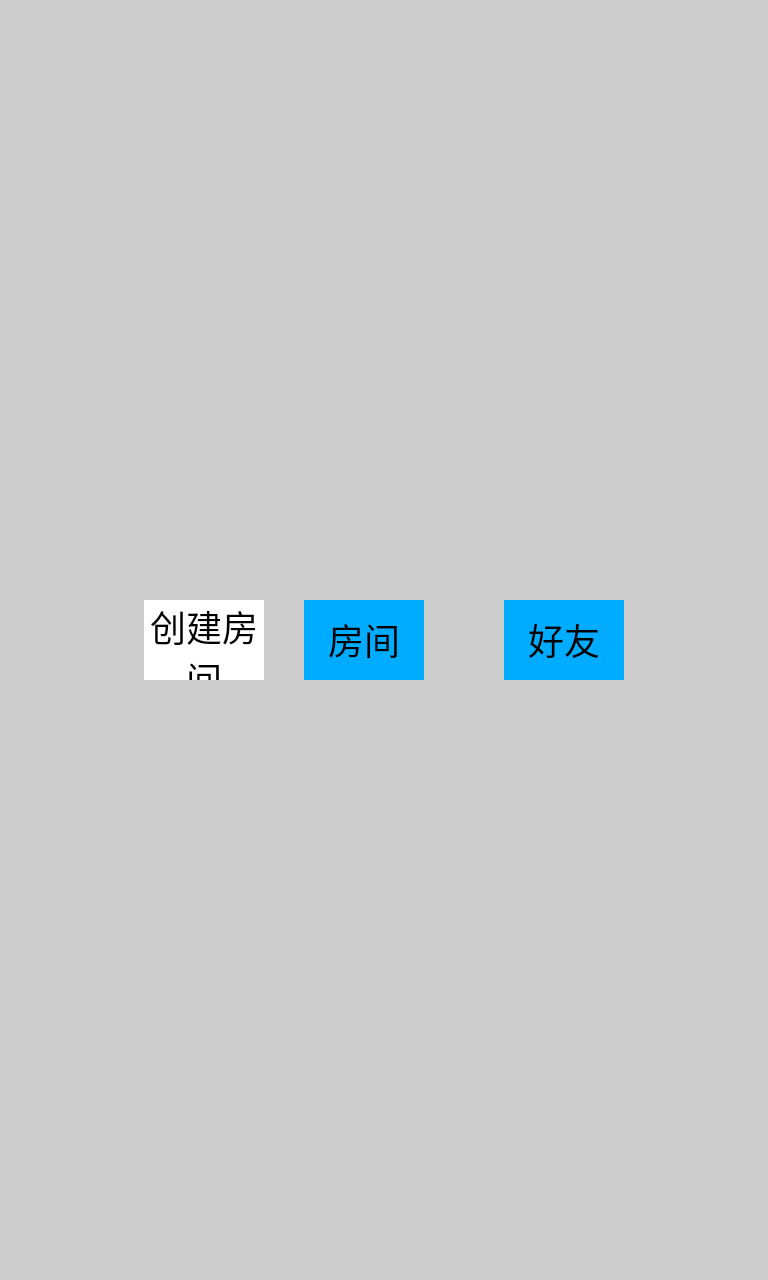
Repository: fanloveoupao/WecharTest
Layout: TestWechar/res/layout/addfriedsorroom.xml
The author's editor kept a copy of each file at every save. The layout is drawn from the files as they stood at one save, then again after the next save.
It is drawn on a 768 x 1280 px phone screen (xhdpi) without system bars, with theme AppTheme; the app's code is not run.

Above is the layout before, as saved 2015-10-08 01:08:52.

### TestWechar/res/layout/addfriedsorroom.xml
<?xml version="1.0" encoding="utf-8"?>
<LinearLayout xmlns:android="http://schemas.android.com/apk/res/android"
    android:layout_width="match_parent"
    android:layout_height="match_parent"
    android:layout_gravity="center"
    android:background="#CCCCCC"
    android:orientation="vertical" >

    <LinearLayout
        android:layout_width="fill_parent"
        android:layout_height="match_parent"
        android:gravity="center"
        android:orientation="horizontal" >

        <Button
            android:id="@+id/create_room"
            android:layout_width="60dp"
            android:layout_height="40dp"
            android:layout_marginRight="20dp"
            android:background="@drawable/button_register_bg"
            android:text="创建房间" />

        <Button
            android:id="@+id/join_room"
            android:layout_width="60dp"
            android:layout_height="40dp"
            android:layout_marginRight="20dp"
            android:background="@drawable/button_login_bg"
            android:text="房间" />

        <Button
            android:id="@+id/add_friends"
            android:layout_width="60dp"
            android:layout_height="40dp"
            android:layout_marginLeft="20dp"
            android:background="@drawable/button_login_bg"
            android:text="好友" />
    </LinearLayout>

</LinearLayout>

### TestWechar/res/values/styles.xml
<resources>

    <!--
        Base application theme, dependent on API level. This theme is replaced
        by AppBaseTheme from res/values-vXX/styles.xml on newer devices.











    -->
    <style name="AppBaseTheme" parent="android:Theme.Light">
        <!--
            Theme customizations available in newer API levels can go in
            res/values-vXX/styles.xml, while customizations related to
            backward-compatibility can go here.






        -->
    </style>

    <!-- Application theme. -->
    <style name="AppTheme" parent="AppBaseTheme">
        <!-- All customizations that are NOT specific to a particular API-level can go here. -->
    </style>

    <style name="animationmsg">
        <item name="android:windowEnterAnimation">@anim/msg_enter</item>
        <item name="android:windowExitAnimation">@anim/msg_exit</item>
    </style>

</resources>

### TestWechar/res/values/color.xml
<?xml version="1.0" encoding="utf-8"?>
<resources>

    <color name="white">#ffffffff</color>
    <color name="window_bg">#fff0f3f6</color>
    <color name="title_bg">#ff54acea</color>
    <color name="chat_text">#ff333333</color>
    <color name="common_top_bar_blue">#4ebcd3</color>
    <color name="btn_login_normal">#00acff</color>
    <color name="btn_login_pressed">#46678d</color>
    <color name="btn_logout_normal">#d33f3f</color>
    <color name="btn_logout_pressed">#DA5A4D</color>
    <color name="btn_register_normal">#ffffff</color>
    <color name="btn_register_pressed">#00acff</color>
    <color name="common_bottom_bar_normal_bg">#2d2f31</color>
    <color name="common_bottom_bar_selected_bg">#161718</color>
    <color name="common_botton_bar_blue">#2ea7e0</color>
    <color name="common_bg">#fcfcfc</color>
    <color name="btn_pressed_green_solid">#B6DA53</color>
    <color name="divider_list">#d4d4d4</color>
    <color name="top_bar_normal_bg">#00acff</color>
    <color name="error_item_color">#F6EBE6</color>
    <color name="bottom_bar_normal_bg">#2D2F31</color>
    <color name="bottom_text_color_normal">#ffffff</color>
    <color name="btn_white_normal">#f7f8f8</color>
    <color name="btn_white_pressed">#b5b5b6</color>
    <color name="btn_green_noraml">#68C270</color>
    <color name="btn_green_pressed">#6FCD78</color>
    <color name="btn_gray_normal">#c0c0c0</color>
    <color name="btn_gray_pressed_status">#b5b5b6</color>
    <color name="btn_gray_pressed">#666667</color>
    <color name="btn_blue_normal">#1e90ff</color>
    <color name="btn_blue_pressed">#0066FF</color>
    <color name="orange">#FFA500</color>
    <color name="gray_pressed">#b5b5b6</color>
    <color name="gray_normal">#666667</color>
    <color name="grid_state_pressed">#1Affffff</color>
    <color name="grid_state_focused">#80000000</color>
    <color name="voip_interface_text_color">#bababa</color>
    <color name="black_deep">#FF000000</color>
    <color name="btn_answer_pressed">#4ebcd3</color>
    <color name="btn_answer_normal">#2dafa3</color>

</resources>

Loaded but not shown: TestWechar/res/values-v11/styles.xml (common file); TestWechar/res/values-v14/styles.xml (common file); TestWechar/res/drawable/button_register_bg.xml (common file); TestWechar/res/drawable/button_login_bg.xml (common file)

After the next save:
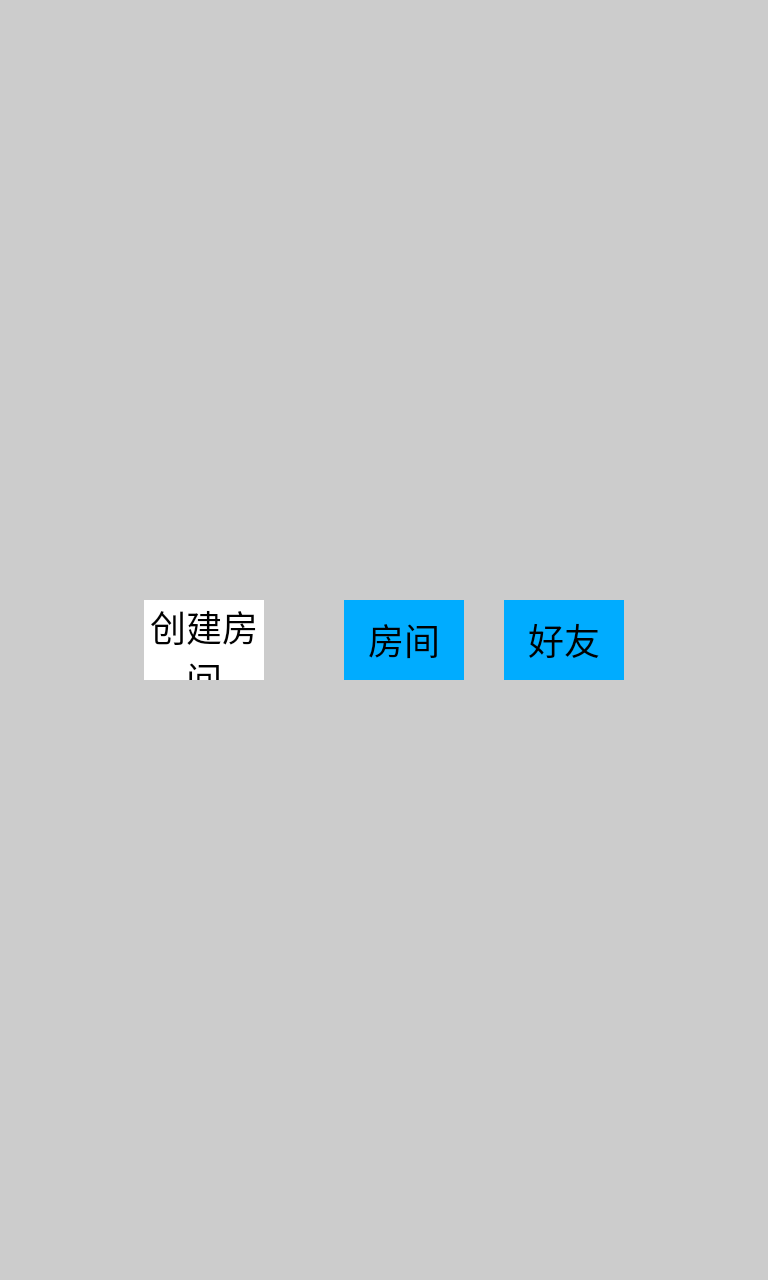
Saved 22 s later.
--- a/TestWechar/res/layout/addfriedsorroom.xml
+++ b/TestWechar/res/layout/addfriedsorroom.xml
@@ -24,7 +24,7 @@
             android:id="@+id/join_room"
             android:layout_width="60dp"
             android:layout_height="40dp"
-            android:layout_marginRight="20dp"
+            android:layout_marginLeft="20dp"
             android:background="@drawable/button_login_bg"
             android:text="房间" />
 
